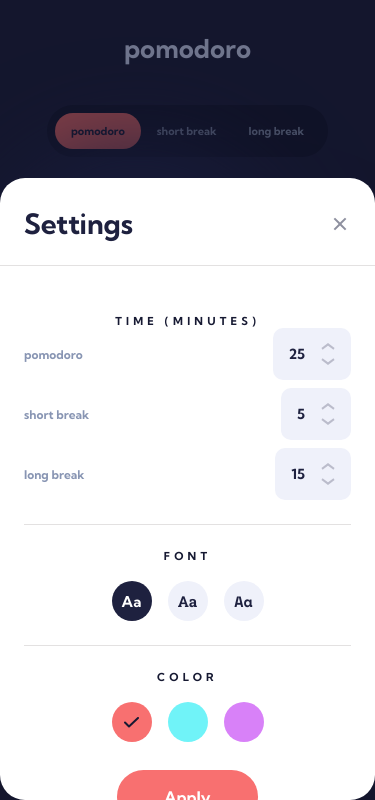
Repository: blordeus/pomodoro-app
Page: /, after clicking the first element matching `button.settings-trigger`
An editor plug-in stored every save of this project. The page is shown before and after a run of saves, followed by the edit.
The browser window is 375 px wide. The pictures show the whole page.
The project was rebuilt for these pictures with package versions that can differ from the ones it lists, and the page was loaded fresh each time.

Above is the page before, as saved 2026-05-09 18:25:19.

After the next 2 saves:
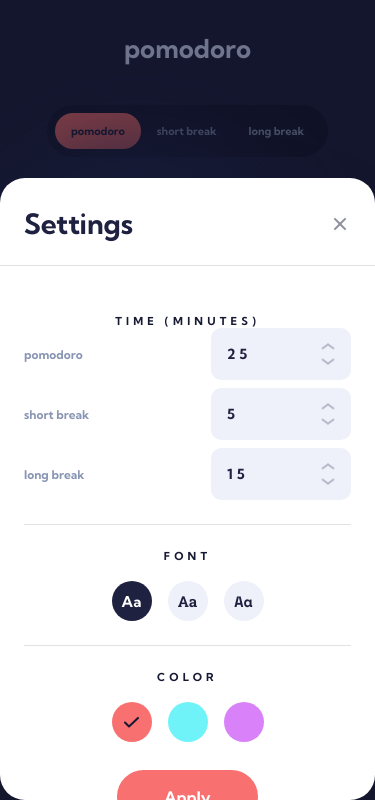
The 2 saves are shown as one change because they came seconds apart.
The last was saved 64 s later.
--- a/src/index.css
+++ b/src/index.css
@@ -457,6 +457,15 @@ button {
     gap: 8px;
   }
 
+  .time-input__control {
+    width: 140px;
+    flex-shrink: 0;
+  }
+
+  .time-input__value {
+    letter-spacing: 4px;
+  }
+
   .time-input {
     flex-direction: row;
     align-items: center;
